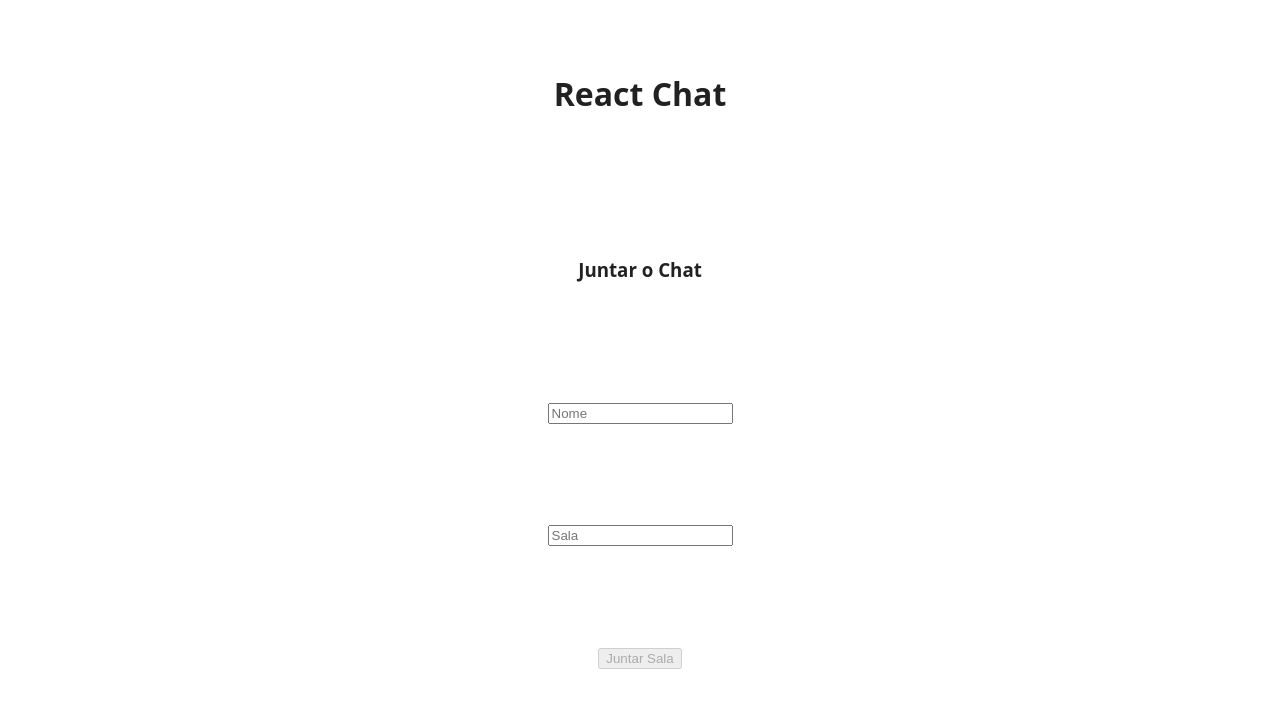
Repository: hierotsu/chat-rooms-react-
Page: / (app in client/)
These files come from the project's save history. The page is drawn as it stood at one moment and after a run of saves; the edit follows.
The browser window is 1280 px wide. The pictures show the whole page.
The page's requests for data from a server got no answer. The project was rebuilt for these pictures with package versions that can differ from the ones it lists, and the page was loaded fresh each time. No one was signed in, and anything a server would have sent is missing.

Above is the page before, as saved 2022-02-01 16:57:24.

After the next 3 saves:
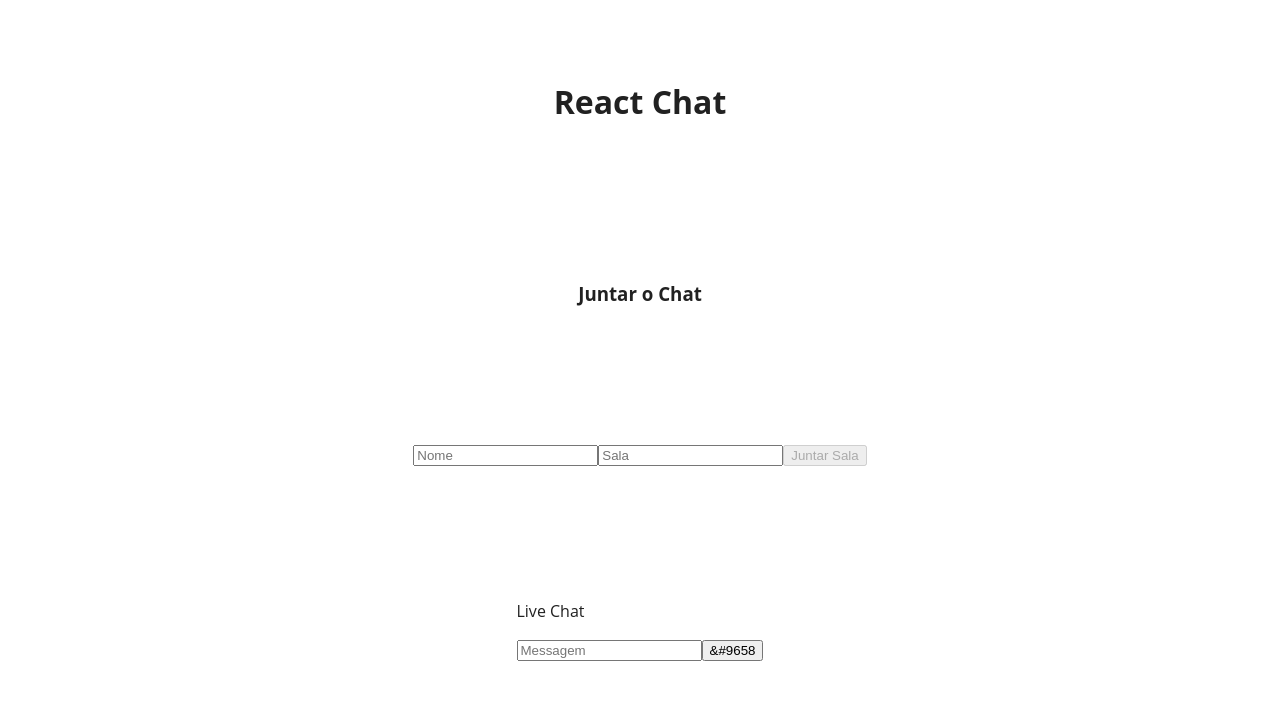
The 3 saves are shown as one change because 2 did not build or start.
The last was saved 4 min 24 s later.
--- a/client/src/App.js
+++ b/client/src/App.js
@@ -1,6 +1,7 @@
 import { useState, useEffect } from 'react'
+import io from 'socket.io-client'
 
-import io from 'socket.io-client'
+import Chat from './components/Chat';
 
 import './App.css';
 
@@ -29,9 +30,12 @@ function App() {
       <h1>React Chat</h1>
 
       <h3>Juntar o Chat</h3>
-      <input type="text" placeholder='Nome' onChange={e => setUsername(e.target.value)} />
-      <input type="text" placeholder='Sala' onChange={e => setRoom(e.target.value)} />
-      <button onClick={joinRoom} disabled={joinButtonDisabled}>Juntar Sala</button>
+      <div>
+        <input type="text" placeholder='Nome' onChange={e => setUsername(e.target.value)} />
+        <input type="text" placeholder='Sala' onChange={e => setRoom(e.target.value)} />
+        <button onClick={joinRoom} disabled={joinButtonDisabled}>Juntar Sala</button>
+      </div>
+      <Chat socket={socket} username={username} room={room} />
     </div>
   );
 }
--- a/client/src/components/Chat.js
+++ b/client/src/components/Chat.js
@@ -1,5 +1,16 @@
 import React from 'react';
 
 export default function Chat({ socket, username, room }) {
-    return <div></div>;
+    return <div>
+        <div clasName="chat-header">
+            <p>Live Chat</p>
+        </div>
+        <div clasName="chat-body">
+
+        </div>
+        <div clasName="chat-footer">
+            <input type="text" placeholder='Messagem' />
+            <button>&#9658 </button>
+        </div>
+    </div>;
 }
